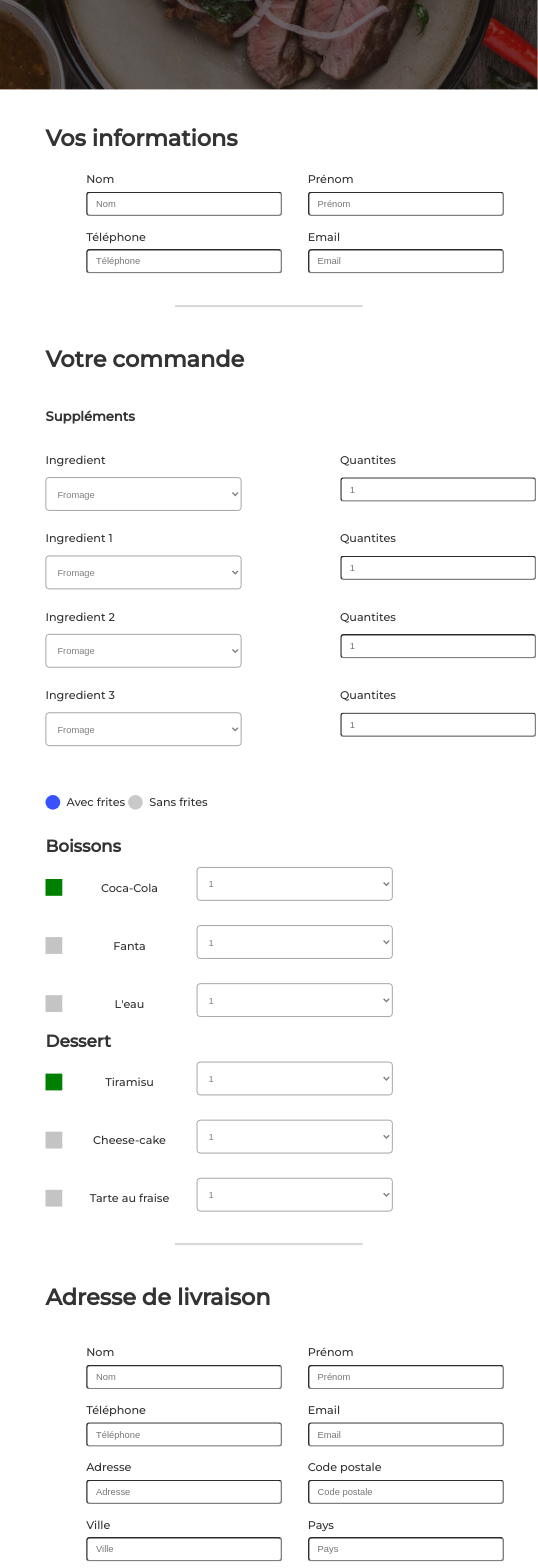
Repository: sisilass31/bella-olonje
Page: html/commande.html
The author's editor kept a copy of each file at every save. The page is drawn from the files as they stood at one save, then again after a run of saves.
The browser window is 768 px wide. The pictures show the part of the page from y = 694 to 2934 px (the page is 3110 px tall), at 70% of full size.
Some web libraries are served in a nearby version.

Above is the page before, as saved 2023-02-15 08:58:45.

After the next 2 saves:
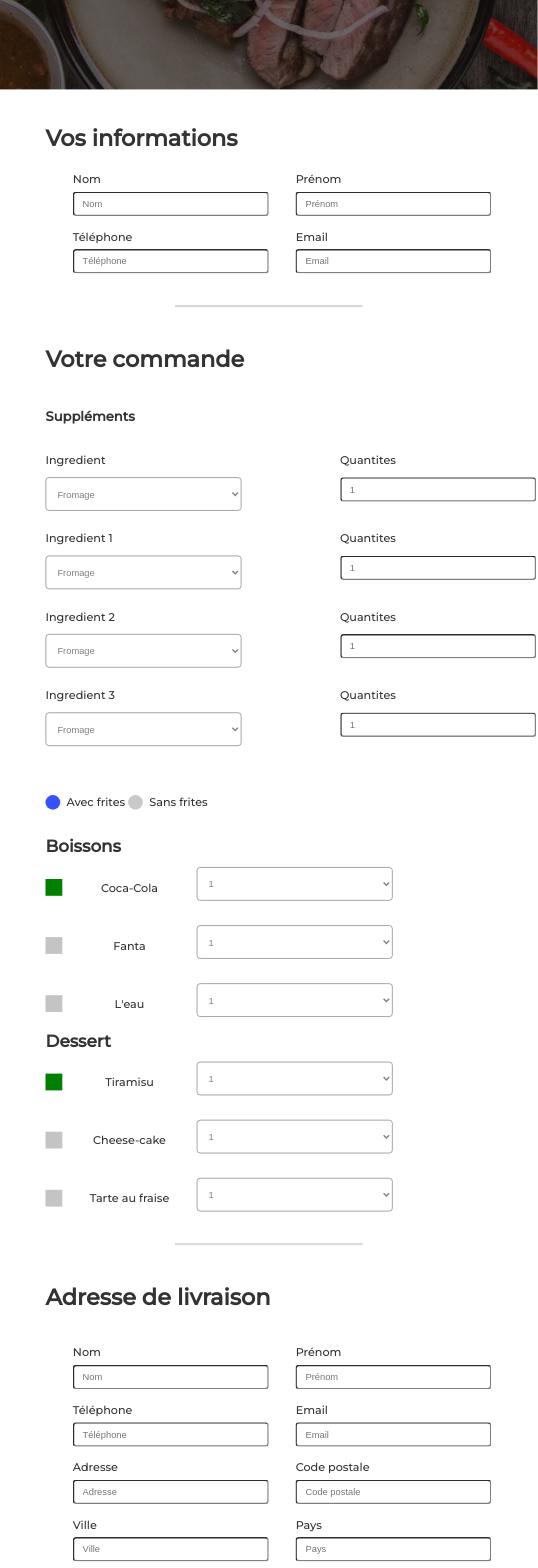
The 2 saves are shown as one change because they came seconds apart.
The last was saved 18 s later.
--- a/css/commande.css
+++ b/css/commande.css
@@ -476,13 +476,11 @@ button {
     .nom_prenom {
         justify-content: center;
         padding: 0;
-        margin-left: 5%;
     }
 
     .telephone_email {
         justify-content: center;
         padding: 0;
-        margin-left: 5%;
     }
 
     .content_of_dessert {
